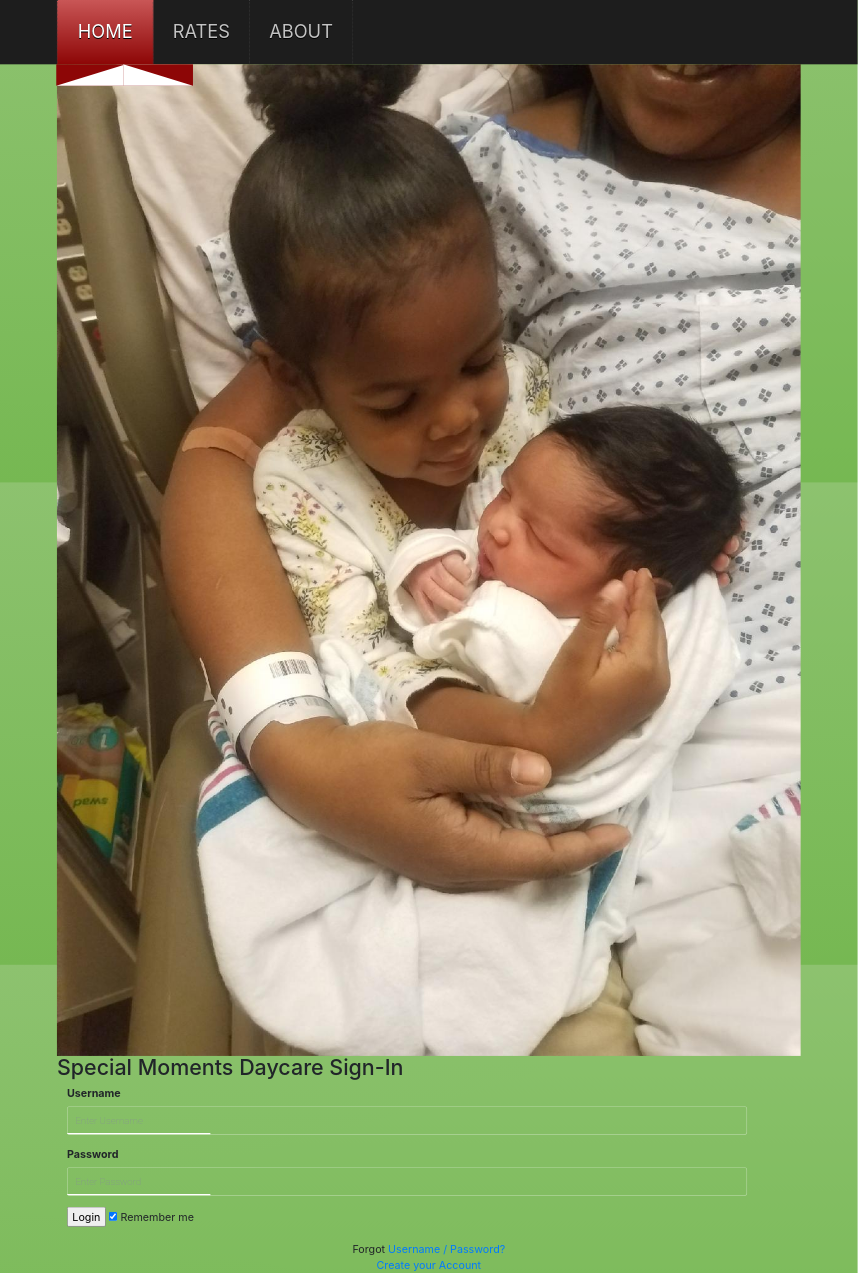
Repository: damoss08/SpecialMomentsDaycare
Page: http://localhost/SpecialMoments/WEB-INF/jsp/login.jsp
The author's editor kept a copy of each file at every save. The page is drawn from the files as they stood at one save, then again after the next save.
The browser window is 1280 px wide. The page is 1280 px wide, then 1285 px, so the pictures cover 1285 px, including what lies to the right of the window. The pictures show the whole page, at 67% of full size.
Backgrounds fixed to the window are drawn as part of the page. The page is served by Tomcat 9. Nobody is signed in. Other server files are loaded and not shown. The template is opened directly, without the code that normally fills it, so the values that code supplies are empty.

Above is the page before, as saved 2018-10-18 01:23:40.
Console error (its wording comes from the project's code and is left out).
Not found: SpecialMoments/SpecialMoments/WEB-INF/SpecialMoments/css/site.css
Not found: SpecialMoments/SpecialMoments/WEB-INF/css/styles.css

### SpecialMoments/src/main/webapp/WEB-INF/jsp/login.jsp
<html>
<head>
    <title>Special Moment's Login</title>
    <meta charset="utf-8" />
    <link href="../SpecialMoments/css/site.css" rel="stylesheet" type="text/css" />
    <link href="../SpecialMoments/css/nav.css" rel="stylesheet" type="text/css" />
    <link href="../csss/home.css" rel="stylesheet" type="text/css" />
    <link href="../csss/login.css" rel="stylesheet" type="text/css" />
    <link href="../css/styles.css" rel="stylesheet" type="text/css">
    <link rel="stylesheet" href="https://maxcdn.bootstrapcdn.com/bootstrap/4.0.0-beta/css/bootstrap.min.css">


</head>
<body>
    <div>
        <nav class="page-nav">
            <div class="container">
                <a href="/home.html" class="active">Home</a>
                <a href="/rates.html">Rates</a>
                <a href="/about.html">About</a>
            </div>
        </nav>
    </div>

    <div class="main">
        <div class="container">
            <div class="signup-content">
                <div class="signup-img">
                    <img src="images/IndiaNoah.jpg" alt="">
                </div>
                <div class="signup-form">
                    <form method="POST" class="register-form" id="register-form">
                        <h2>Special Moments Daycare Sign-In</h2>
                        <div class="container">
                            <div class="form-group">
                                <label for="uname"><b>Username</b></label>
                                <input type="text" class="form-control" placeholder="Enter Username" name="uname" required>
                            </div>
                            <div class="form-group">
                                <label for="psw"><b>Password</b></label>
                                <input type="password" class="form-control" placeholder="Enter Password" name="psw" required>
                            </div>
                            <div class="form-group">
                                <button type="submit">Login</button>
                                <label>
                                    <input type="checkbox" checked="checked" name="remember"> Remember me
                                </label>
                             </div>
                            </div>

                        <div class="text-center p-t-12">
                            <span class="txt1">
                                Forgot
                            </span>
                            <a class="txt2" href="#">
                                Username / Password?
                            </a>
                        </div>

                        <div class="text-center p-t-136">
                            <a class="txt2" href="/register.html">
                                Create your Account
                                <i class="fa fa-long-arrow-right m-l-5" aria-hidden="true"></i>
                            </a>
                        </div>
                    </form>
                </div>
            </div>
        </div>

    </div>

    <!-- JS -->
    <script src="https://ajax.googleapis.com/ajax/libs/jquery/3.3.1/jquery.min.js"></script>
    <script src="https://maxcdn.bootstrapcdn.com/bootstrap/4.0.0-beta/js/bootstrap.min.js" crossorigin="anonymous"></script>
</body>
</html>

### SpecialMoments/src/main/resources/static/css/nav.css
/* Styles for navigation*/

nav.page-nav {
    background-color: #1d1d1d;
    line-height: 6rem;
    font-size: 1.7rem;
}

nav.page-nav .container {
    display: -ms-flexbox;
    display: flex;
}

nav.page-nav a {
        display: block;
        min-width: 9rem;
        padding:0 1.8rem;
        border-right: 1px dotted #3D3D3D;
        text-decoration:none;
        text-transform:uppercase;
        text-align:center;
        color: #c3c3c3;
        text-shadow: 0 1px 0 #000;
}

nav.page-nav a:first-child {
        border-left: 1px dotted #3D3D3D;
}

nav.page-nav a:hover {
        color: #e4e4e4;
        background-color: black;
}

nav.page-nav .active {
        color: #fff;

        /*Background gradient effects */
        background: -moz-linear-gradient(#C95656, #8d0606);
        background: linear-gradient(#C95656, #8d0606);

}

nav.page-nav .active:hover {
        color: #fff; /*Overrides  hover effect for active page link*/
}

nav.page-nav .active:hover {
    color: #fff;  /* Overrides hiver effect for active page link */
}

nav.page-nav .active:before {
    position: absolute;
    top: 6rem;
    display: block;
    height:0;
    width: 0;
    margin-left: -1.9rem;
    border-top: 2rem solid #8d0606;
    border-right: 6.5rem solid;
    content: "";
}

nav.page-nav .active:after /* Create ribbon effect on active link */ {
    position: absolute;
    display: block;
    height: 0;
    width: 0;
    margin-left: 4.3rem;
    border-top: 2rem solid #8d0606;
    border-left: 6.5rem solid;
    content: "";
}

### SpecialMoments/src/main/resources/static/css/home.css
body, html {
    height: 100%;
}

.bg {
    /* The image used */
    background-image: url("../../images/IndiaNoah.jpg");

    /* Full height */
    height: 100%;

    /* Center and scale the image nicely */
    background-position: center;
    background-repeat: no-repeat;
    background-size: cover;
}

### SpecialMoments/src/main/resources/static/css/login.css
/*--
Author: Colorlib
Author URL: https://colorlib.com
License: Creative Commons Attribution 3.0 Unported
License URL: http://creativecommons.org/licenses/by/3.0/
--*/
/*-- reset --*/
html, body, div, span, applet, object, iframe, h1, h2, h3, h4, h5, h6, p, blockquote, pre, a, abbr, acronym, address, big, cite, code, del, dfn, em, img, ins, kbd, q, s, samp, small, strike, strong, sub, sup, tt, var, b, u, i, dl, dt, dd, ol, nav ul, nav li, fieldset, form, label, legend, table, caption, tbody, tfoot, thead, tr, th, td, article, aside, canvas, details, embed, figure, figcaption, footer, header, hgroup, menu, nav, output, ruby, section, summary, time, mark, audio, video {
  margin: 0;
  padding: 0;
  border: 0;
  font-size: 100%;
  font: inherit;
  vertical-align: baseline;
}

article, aside, details, figcaption, figure, footer, header, hgroup, menu, nav, section {
  display: block;
}

ol, ul {
  list-style: none;
  margin: 0px;
  padding: 0px;
}

blockquote, q {
  quotes: none;
}

blockquote:before, blockquote:after, q:before, q:after {
  content: '';
  content: none;
}

table {
  border-collapse: collapse;
  border-spacing: 0;
}

/*-- start editing from here --*/
a {
  text-decoration: none;
}

.txt-rt {
  text-align: right;
}

/* text align right */
.txt-lt {
  text-align: left;
}

/* text align left */
.txt-center {
  text-align: center;
}

/* text align center */
.float-rt {
  float: right;
}

/* float right */
.float-lt {
  float: left;
}

/* float left */
.clear {
  clear: both;
}

/* clear float */
.pos-relative {
  position: relative;
}

/* Position Relative */
.pos-absolute {
  position: absolute;
}

/* Position Absolute */
.vertical-base {
  vertical-align: baseline;
}

/* vertical align baseline */
.vertical-top {
  vertical-align: top;
}

/* vertical align top */
nav.vertical ul li {
  display: block;
}

/* vertical menu */
nav.horizontal ul li {
  display: inline-block;
}

/* horizontal menu */
img {
  max-width: 100%;
}

/*-- end reset --*/
body {
  background: #76b852;
  /* fallback for old browsers */
  background: -webkit-linear-gradient(to top, #76b852, #8DC26F);
  background: -moz-linear-gradient(to top, #76b852, #8DC26F);
  background: -o-linear-gradient(to top, #76b852, #8DC26F);
  background: linear-gradient(to top, #76b852, #8DC26F);
  background-size: cover;
  background-attachment: fixed;
  font-family: 'Roboto', sans-serif;
}

h1 {
  font-size: 3em;
  text-align: center;
  color: #fff;
  font-weight: 100;
  text-transform: capitalize;
  letter-spacing: 4px;
  font-family: 'Roboto', sans-serif;
}

/*-- main --*/
.main-w3layouts {
  padding: 3em 0 1em;
}

.main-agileinfo {
  width: 35%;
  margin: 3em auto;
  background: rgba(0, 0, 0, 0.18);
  background-size: cover;
}

.agileits-top {
  padding: 3em;
}

input[type="text"], input[type="email"], input[type="password"] {
  font-size: 0.9em;
  color: #fff;
  font-weight: 100;
  width: 94.5%;
  display: block;
  border: none;
  padding: 0.8em;
  border: solid 1px rgba(255, 255, 255, 0.37);
  -webkit-transition: all 0.3s cubic-bezier(0.64, 0.09, 0.08, 1);
  transition: all 0.3s cubic-bezier(0.64, 0.09, 0.08, 1);
  background: -webkit-linear-gradient(top, rgba(255, 255, 255, 0) 96%, #fff 4%);
  background: linear-gradient(to bottom, rgba(255, 255, 255, 0) 96%, #fff 4%);
  background-position: -800px 0;
  background-size: 100%;
  background-repeat: no-repeat;
  color: #fff;
  font-family: 'Roboto', sans-serif;
}

input.email, input.text.w3lpass {
  margin: 2em 0;
}

.text:focus, .text:valid {
  box-shadow: none;
  outline: none;
  background-position: 0 0;
}

.text:focus::-webkit-input-placeholder, .text:valid::-webkit-input-placeholder {
  color: rgba(255, 255, 255, 0.7);
  font-size: .9em;
  -webkit-transform: translateY(-30px);
  -moz-transform: translateY(-30px);
  -o-transform: translateY(-30px);
  -ms-transform: translateY(-30px);
  transform: translateY(-30px);
  visibility: visible !important;
}

::-webkit-input-placeholder {
  color: #fff;
  font-weight: 100;
}

:-moz-placeholder {
  /* Firefox 18- */
  color: #fff;
}

::-moz-placeholder {
  /* Firefox 19+ */
  color: #fff;
}

:-ms-input-placeholder {
  color: #fff;
}

input[type="submit"] {
  font-size: .9em;
  color: #fff;
  background: #76b852;
  outline: none;
  border: 1px solid #76b852;
  cursor: pointer;
  padding: 0.9em;
  -webkit-appearance: none;
  width: 100%;
  margin: 2em 0;
  letter-spacing: 4px;
}

input[type="submit"]:hover {
  -webkit-transition: .5s all;
  -moz-transition: .5s all;
  -o-transition: .5s all;
  -ms-transition: .5s all;
  transition: .5s all;
  background: #8DC26F;
}

.agileits-top p {
  font-size: 1em;
  color: #fff;
  text-align: center;
  letter-spacing: 1px;
  font-weight: 300;
}

.agileits-top p a {
  color: #fff;
  -webkit-transition: .5s all;
  -moz-transition: .5s all;
  transition: .5s all;
  font-weight: 400;
}

.agileits-top p a:hover {
  color: #76b852;
}

/*-- //main --*/
/*-- checkbox --*/
.wthree-text label {
  font-size: 0.9em;
  color: #fff;
  font-weight: 200;
  cursor: pointer;
  position: relative;
}

input.checkbox {
  background: #8DC26F;
  cursor: pointer;
  width: 1.2em;
  height: 1.2em;
}

input.checkbox:before {
  content: "";
  position: absolute;
  width: 1.2em;
  height: 1.2em;
  background: inherit;
  cursor: pointer;
}

input.checkbox:after {
  content: "";
  position: absolute;
  top: 0px;
  left: 0;
  z-index: 1;
  width: 1.2em;
  height: 1.2em;
  border: 1px solid #fff;
  -webkit-transition: .4s ease-in-out;
  -moz-transition: .4s ease-in-out;
  -o-transition: .4s ease-in-out;
  transition: .4s ease-in-out;
}

input.checkbox:checked:after {
  -webkit-transform: rotate(-45deg);
  -moz-transform: rotate(-45deg);
  -o-transform: rotate(-45deg);
  -ms-transform: rotate(-45deg);
  transform: rotate(-45deg);
  height: .5rem;
  border-color: #fff;
  border-top-color: transparent;
  border-right-color: transparent;
}

.anim input.checkbox:checked:after {
  -webkit-transform: rotate(-45deg);
  -moz-transform: rotate(-45deg);
  -o-transform: rotate(-45deg);
  -ms-transform: rotate(-45deg);
  transform: rotate(-45deg);
  height: .5rem;
  border-color: transparent;
  border-right-color: transparent;
  animation: .4s rippling .4s ease;
  animation-fill-mode: forwards;
}

@keyframes rippling {
  50% {
    border-left-color: #fff;
  }

  100% {
    border-bottom-color: #fff;
    border-left-color: #fff;
  }
}

/*-- //checkbox --*/
/*-- copyright --*/
.colorlibcopy-agile {
  margin: 2em 0 1em;
  text-align: center;
}

.colorlibcopy-agile p {
  font-size: .9em;
  color: #fff;
  line-height: 1.8em;
  letter-spacing: 1px;
  font-weight: 100;
}

.colorlibcopy-agile p a {
  color: #fff;
  transition: 0.5s all;
  -webkit-transition: 0.5s all;
  -moz-transition: 0.5s all;
  -o-transition: 0.5s all;
  -ms-transition: 0.5s all;
}

.colorlibcopy-agile p a:hover {
  color: #000;
}

/*-- //copyright --*/
.wrapper {
  position: relative;
  overflow: hidden;
}

.colorlib-bubbles {
  position: absolute;
  top: 0;
  left: 0;
  width: 100%;
  height: 100%;
  z-index: -1;
}

.colorlib-bubbles li {
  position: absolute;
  list-style: none;
  display: block;
  width: 40px;
  height: 40px;
  background-color: rgba(255, 255, 255, 0.15);
  bottom: -160px;
  -webkit-animation: square 20s infinite;
  -moz-animation: square 250s infinite;
  -o-animation: square 20s infinite;
  -ms-animation: square 20s infinite;
  animation: square 20s infinite;
  -webkit-transition-timing-function: linear;
  -moz-transition-timing-function: linear;
  -o-transition-timing-function: linear;
  -ms-transition-timing-function: linear;
  transition-timing-function: linear;
  -webkit-border-radius: 50%;
  -moz-border-radius: 50%;
  -o-border-radius: 50%;
  -ms-border-radius: 50%;
  border-radius: 50%;
}

.colorlib-bubbles li:nth-child(1) {
  left: 10%;
}

.colorlib-bubbles li:nth-child(2) {
  left: 20%;
  width: 80px;
  height: 80px;
  -webkit-animation-delay: 2s;
  -moz-animation-delay: 2s;
  -o-animation-delay: 2s;
  -ms-animation-delay: 2s;
  animation-delay: 2s;
  -webkit-animation-duration: 17s;
  -moz-animation-duration: 17s;
  -o-animation-duration: 17s;
  animation-duration: 17s;
}

.colorlib-bubbles li:nth-child(3) {
  left: 25%;
  -webkit-animation-delay: 4s;
  -moz-animation-delay: 4s;
  -o-animation-delay: 4s;
  -ms-animation-delay: 4s;
  animation-delay: 4s;
}

.colorlib-bubbles li:nth-child(4) {
  left: 40%;
  width: 60px;
  height: 60px;
  -webkit-animation-duration: 22s;
  -moz-animation-duration: 22s;
  -o-animation-duration: 22s;
  -ms-animation-duration: 22s;
  animation-duration: 22s;
  background-color: rgba(255, 255, 255, 0.25);
}

.colorlib-bubbles li:nth-child(5) {
  left: 70%;
}

.colorlib-bubbles li:nth-child(6) {
  left: 80%;
  width: 120px;
  height: 120px;
  -webkit-animation-delay: 3s;
  -moz-animation-delay: 3s;
  -o-animation-delay: 3s;
  -ms-animation-delay: 3s;
  animation-delay: 3s;
  background-color: rgba(255, 255, 255, 0.2);
}

.colorlib-bubbles li:nth-child(7) {
  left: 32%;
  width: 160px;
  height: 160px;
  -webkit-animation-delay: 7s;
  -moz-animation-delay: 7s;
  -o-animation-delay: 7s;
  -ms-animation-delay: 7s;
  animation-delay: 7s;
}

.colorlib-bubbles li:nth-child(8) {
  left: 55%;
  width: 20px;
  height: 20px;
  -webkit-animation-delay: 15s;
  -moz-animation-delay: 15s;
  animation-delay: 15s;
  -webkit-animation-duration: 40s;
  -moz-animation-duration: 40s;
  animation-duration: 40s;
}

.colorlib-bubbles li:nth-child(9) {
  left: 25%;
  width: 10px;
  height: 10px;
  -webkit-animation-delay: 2s;
  animation-delay: 2s;
  -webkit-animation-duration: 40s;
  animation-duration: 40s;
  background-color: rgba(255, 255, 255, 0.3);
}

.colorlib-bubbles li:nth-child(10) {
  left: 90%;
  width: 160px;
  height: 160px;
  -webkit-animation-delay: 11s;
  animation-delay: 11s;
}

@-webkit-keyframes square {
  0% {
    -webkit-transform: translateY(0);
    -moz-transform: translateY(0);
    -o-transform: translateY(0);
    -ms-transform: translateY(0);
    transform: translateY(0);
  }

  100% {
    -webkit-transform: translateY(-700px) rotate(600deg);
    -moz-transform: translateY(-700px) rotate(600deg);
    -o-transform: translateY(-700px) rotate(600deg);
    -ms-transform: translateY(-700px) rotate(600deg);
    transform: translateY(-700px) rotate(600deg);
  }
}

@keyframes square {
  0% {
    -webkit-transform: translateY(0);
    -moz-transform: translateY(0);
    -o-transform: translateY(0);
    -ms-transform: translateY(0);
    transform: translateY(0);
  }

  100% {
    -webkit-transform: translateY(-700px) rotate(600deg);
    -moz-transform: translateY(-700px) rotate(600deg);
    -o-transform: translateY(-700px) rotate(600deg);
    -ms-transform: translateY(-700px) rotate(600deg);
    transform: translateY(-700px) rotate(600deg);
  }
}

/*-- responsive-design --*/
@media(max-width:1440px) {
  input[type="text"], input[type="email"], input[type="password"] {
    width: 94%;
  }
}

@media(max-width:1366px) {
  h1 {
    font-size: 2.6em;
  }

  .agileits-top {
    padding: 2.5em;
  }

  .main-agileinfo {
    margin: 2em auto;
  }

  .main-agileinfo {
    width: 36%;
  }
}

@media(max-width:1280px) {
  .main-agileinfo {
    width: 40%;
  }
}

@media(max-width:1080px) {
  .main-agileinfo {
    width: 46%;
  }
}

@media(max-width:1024px) {
  .main-agileinfo {
    width: 49%;
  }
}

@media(max-width:991px) {
  h1 {
    font-size: 2.4em;
  }

  .main-w3layouts {
    padding: 2em 0 1em;
  }
}

@media(max-width:900px) {
  .main-agileinfo {
    width: 58%;
  }

  input[type="text"], input[type="email"], input[type="password"] {
    width: 93%;
  }
}

@media(max-width:800px) {
  h1 {
    font-size: 2.2em;
  }
}

@media(max-width:736px) {
  .main-agileinfo {
    width: 62%;
  }
}

@media(max-width:667px) {
  .main-agileinfo {
    width: 67%;
  }
}

@media(max-width:600px) {
  .agileits-top {
    padding: 2.2em;
  }

  input.email, input.text.w3lpass {
    margin: 1.5em 0;
  }

  input[type="submit"] {
    margin: 2em 0;
  }

  h1 {
    font-size: 2em;
    letter-spacing: 3px;
  }
}

@media(max-width:568px) {
  .main-agileinfo {
    width: 75%;
  }

  .colorlibcopy-agile p {
    padding: 0 2em;
  }
}

@media(max-width:480px) {
  h1 {
    font-size: 1.8em;
    letter-spacing: 3px;
  }

  .agileits-top {
    padding: 1.8em;
  }

  input[type="text"], input[type="email"], input[type="password"] {
    width: 91%;
  }

  .agileits-top p {
    font-size: 0.9em;
  }
}

@media(max-width:414px) {
  h1 {
    font-size: 1.8em;
    letter-spacing: 2px;
  }

  .main-agileinfo {
    width: 85%;
    margin: 1.5em auto;
  }

  .text:focus, .text:valid {
    background-position: 0 0px;
  }

  .wthree-text ul li, .wthree-text ul li:nth-child(2) {
    display: block;
    float: none;
  }

  .wthree-text ul li:nth-child(2) {
    margin-top: 1.5em;
  }

  input[type="submit"] {
    margin: 2em 0 1.5em;
    letter-spacing: 3px;
  }

  input[type="submit"] {
    margin: 2em 0 1.5em;
  }

  .colorlibcopy-agile {
    margin: 1em 0 1em;
  }
}

@media(max-width:384px) {
  .main-agileinfo {
    width: 88%;
  }

  .colorlibcopy-agile p {
    padding: 0 1em;
  }
}

@media(max-width:375px) {
  .agileits-top p {
    letter-spacing: 0px;
  }
}

@media(max-width:320px) {
  .main-w3layouts {
    padding: 1.5em 0 0;
  }

  .agileits-top {
    padding: 1.2em;
  }

  .colorlibcopy-agile {
    margin: 0 0 1em;
  }

  input[type="text"], input[type="email"], input[type="password"] {
    width: 89.5%;
    font-size: 0.85em;
  }

  h1 {
    font-size: 1.7em;
    letter-spacing: 0px;
  }

  .main-agileinfo {
    width: 92%;
    margin: 1em auto;
  }

  .text:focus, .text:valid {
    background-position: 0 0px;
  }

  input[type="submit"] {
    margin: 1.5em 0;
    padding: 0.8em;
    font-size: .85em;
  }

  .colorlibcopy-agile p {
    font-size: .85em;
  }

  .wthree-text label {
    font-size: 0.85em;
  }

  .main-w3layouts {
    padding: 1em 0 0;
  }
}

After the next save:
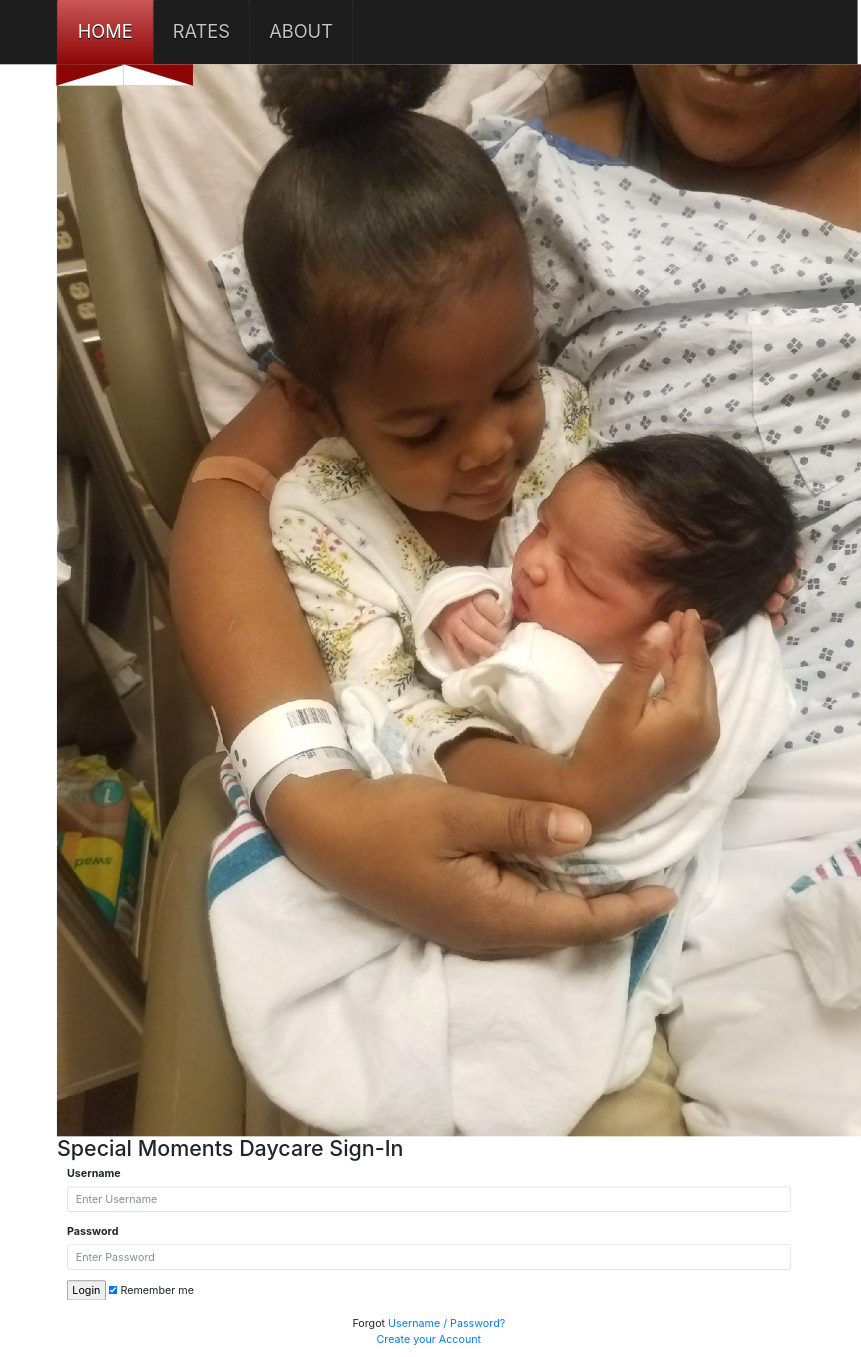
Not found: SpecialMoments/SpecialMoments/WEB-INF/css/home.css
Not found: SpecialMoments/SpecialMoments/WEB-INF/css/login.css
Saved 2 h 48 min later.
--- a/SpecialMoments/src/main/webapp/WEB-INF/jsp/login.jsp
+++ b/SpecialMoments/src/main/webapp/WEB-INF/jsp/login.jsp
@@ -4,8 +4,8 @@
     <meta charset="utf-8" />
     <link href="../SpecialMoments/css/site.css" rel="stylesheet" type="text/css" />
     <link href="../SpecialMoments/css/nav.css" rel="stylesheet" type="text/css" />
-    <link href="../csss/home.css" rel="stylesheet" type="text/css" />
-    <link href="../csss/login.css" rel="stylesheet" type="text/css" />
+    <link href="../css/home.css" rel="stylesheet" type="text/css" />
+    <link href="../css/login.css" rel="stylesheet" type="text/css" />
     <link href="../css/styles.css" rel="stylesheet" type="text/css">
     <link rel="stylesheet" href="https://maxcdn.bootstrapcdn.com/bootstrap/4.0.0-beta/css/bootstrap.min.css">
 
